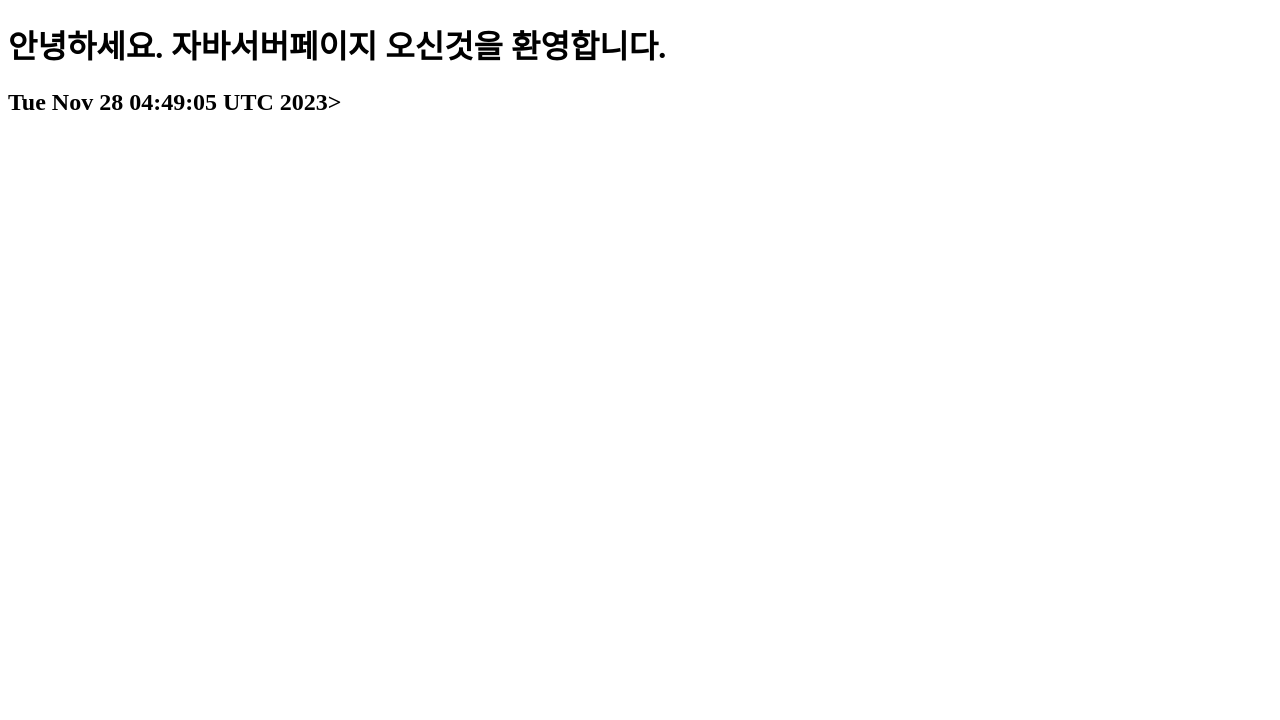
Repository: bjkim247/webproject
Page: http://localhost/jsptest/welcome.jsp
An editor plug-in stored every save of this project. The page is shown before and after the next save, followed by the edit.
The browser window is 1280 px wide. The pictures show the whole page.
The page is served by Tomcat 10.

Above is the page before, as saved 2023-11-28 05:13:58.

After the next save:
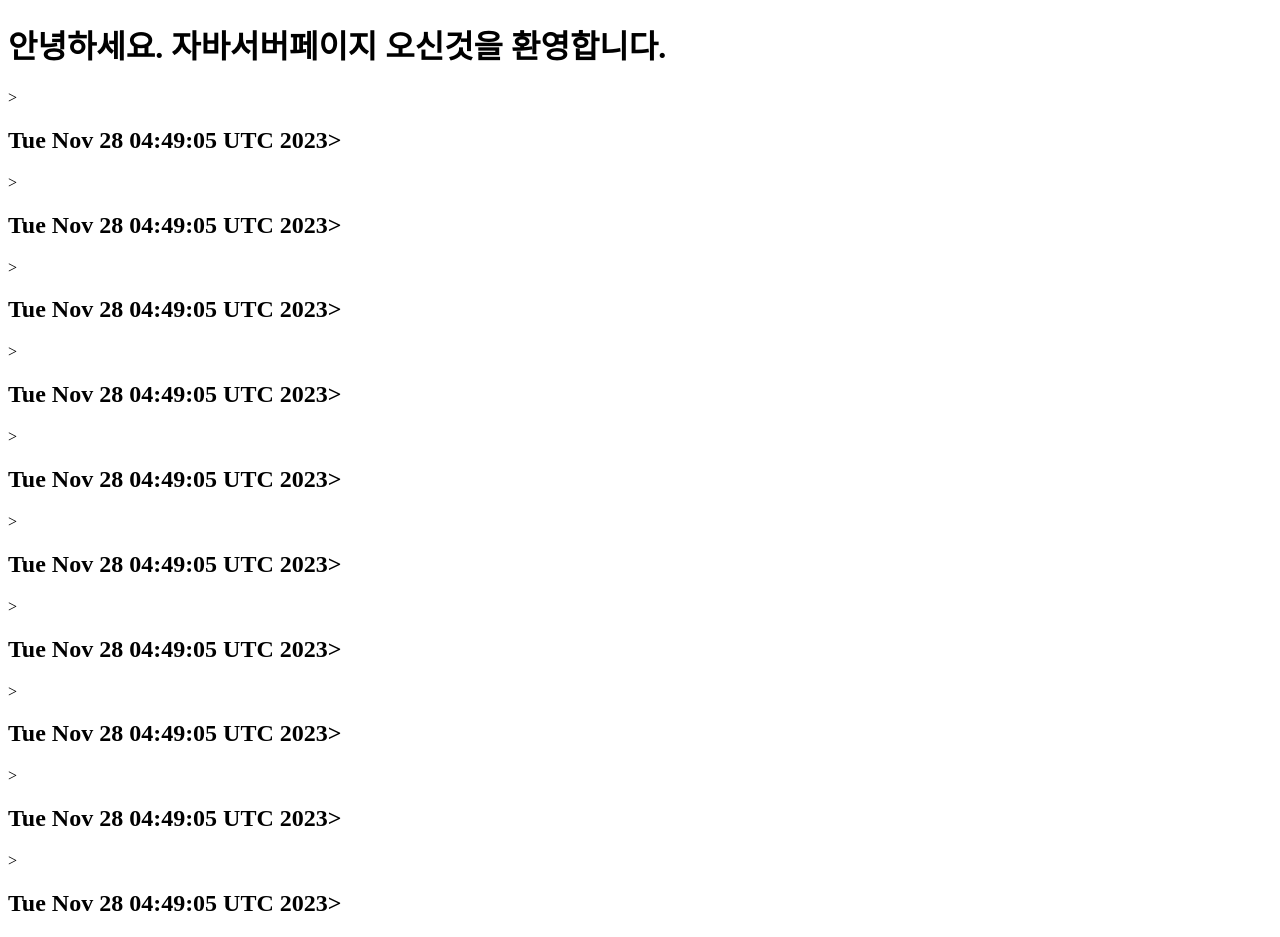
Saved 2 min 5 s later.
--- a/webproject/jsptest/src/main/webapp/welcome.jsp
+++ b/webproject/jsptest/src/main/webapp/welcome.jsp
@@ -13,6 +13,8 @@
 </head>
 <body>
 	<h1>안녕하세요. 자바서버페이지 오신것을 환영합니다.</h1>
+	<% for(int i=0;i<10;i++){ %>>
 	<h2><%= displayDate %>> </h2>
+	<% } %>
 </body>
 </html>
